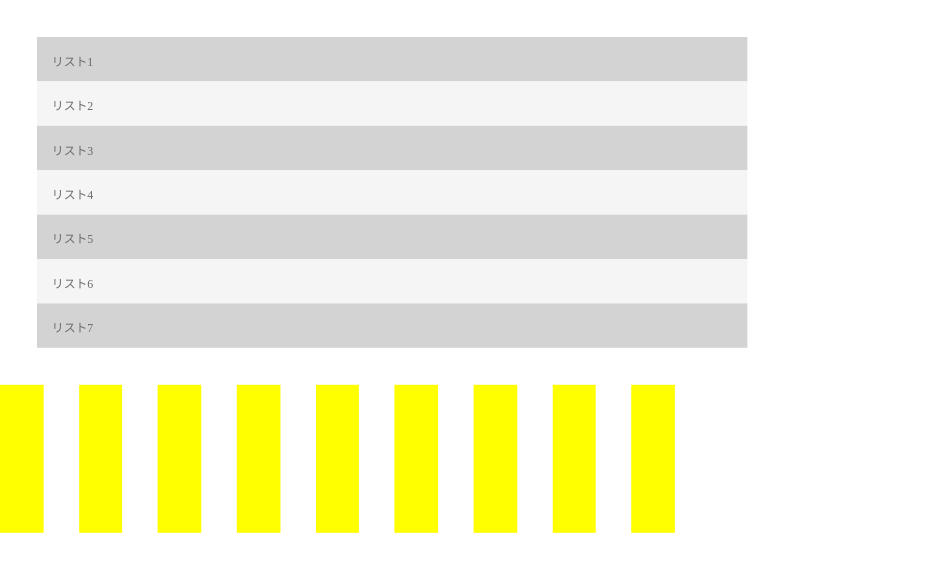
Repository: t-sato-infratop/environment
Page: chapter8_exercise/chapter8_exercise.html
The author's editor kept a record of every edit. The page is drawn from the files as they stood at one moment, then again after the next edit.
The browser window is 1280 px wide. The pictures show the whole page, at 74% of full size.

Above is the page before.

After the next edit:
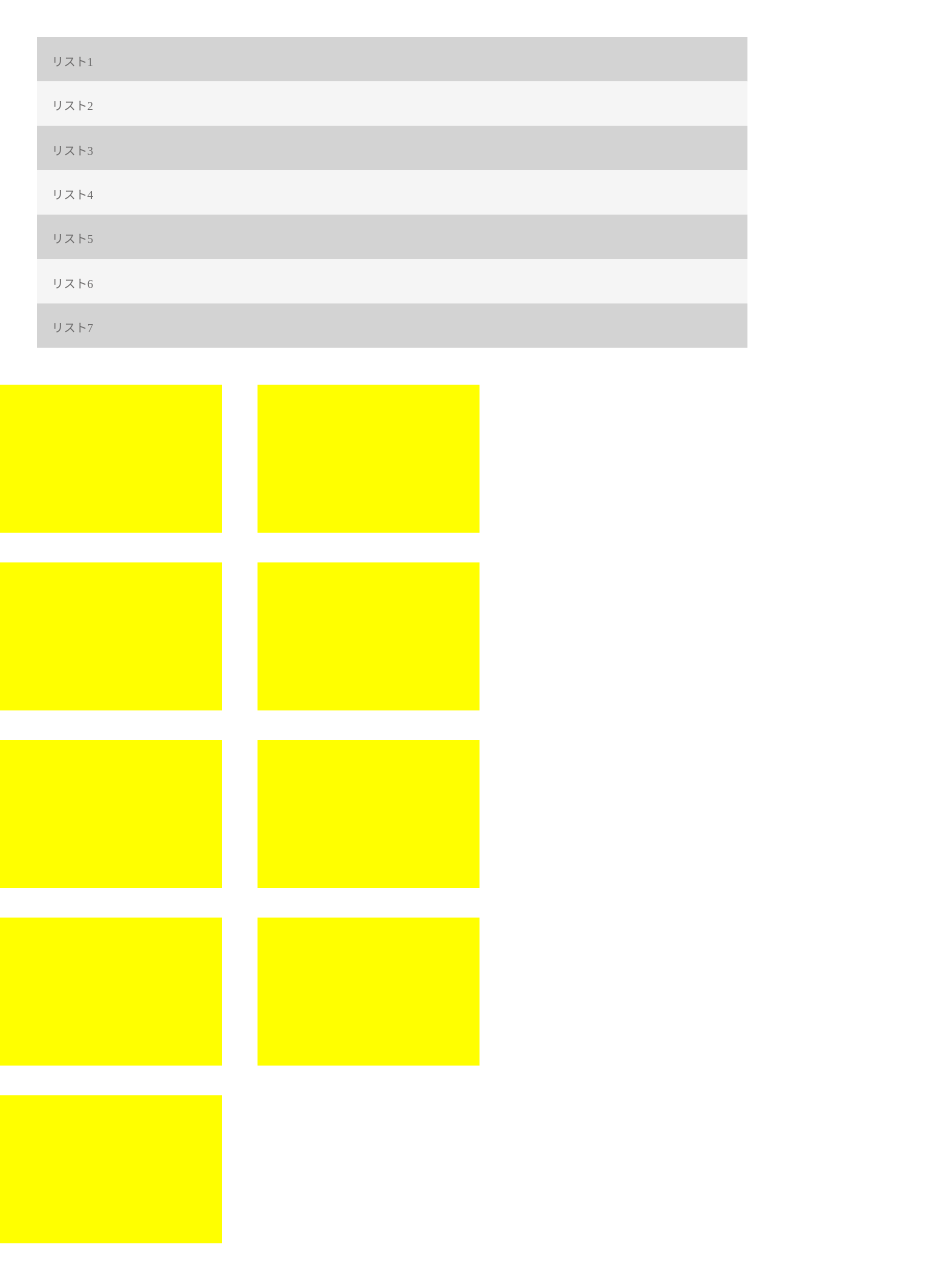
The edit:
--- a/chapter8_exercise/chapter8_exercise.css
+++ b/chapter8_exercise/chapter8_exercise.css
@@ -32,7 +32,7 @@
   width: 960px;
   margin-top: 50px;
   display: flex;
-  flex-wrap: warp;
+  flex-wrap: wrap;
 }
 
 .main-box-category {
